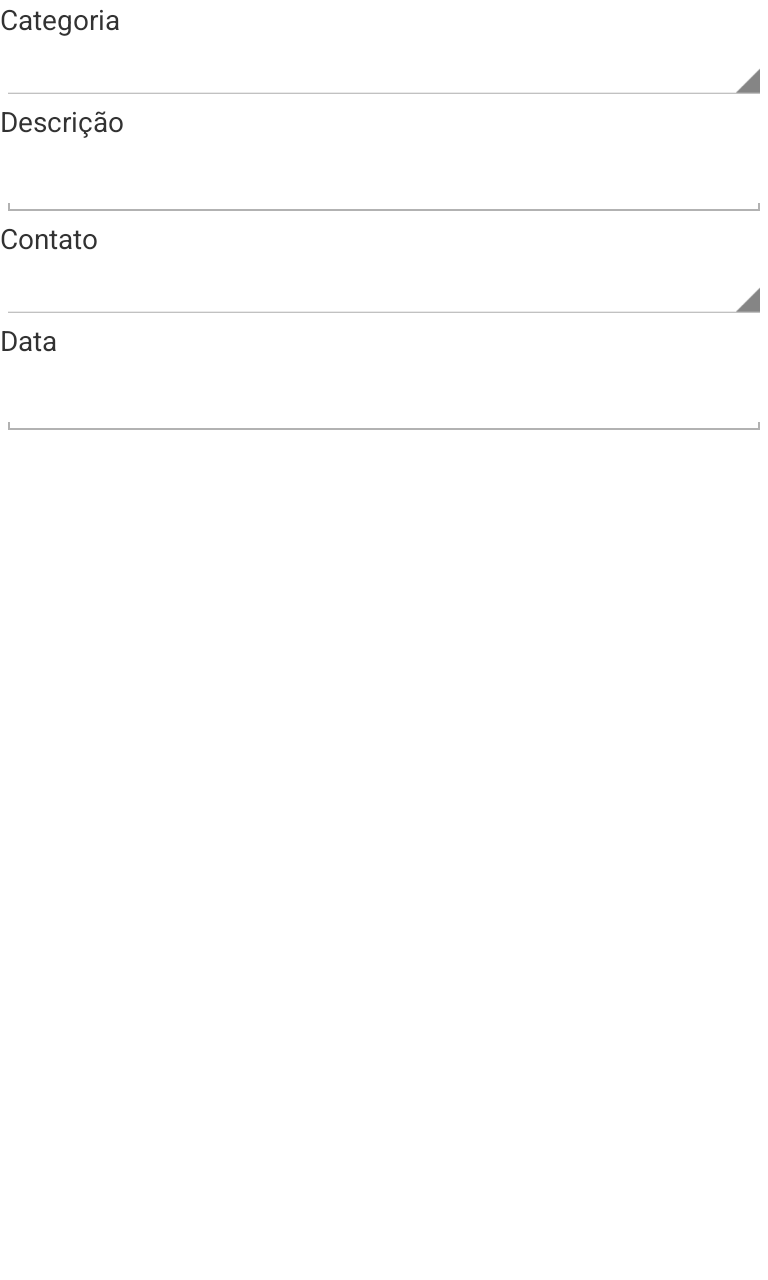
Repository: felipemfp/android-workspace
Layout: Aula06/res/layout/activity_novo_emprestimo.xml
The author's editor kept a copy of each file at every save. The layout is drawn from the files as they stood at one save, then again after the next save.
It is drawn on a 768 x 1280 px phone screen (xhdpi) without system bars, with theme AppTheme; the app's code is not run.

Above is the layout before, as saved 2015-12-17 02:15:45.

### Aula06/res/layout/activity_novo_emprestimo.xml
<?xml version="1.0" encoding="utf-8"?>
<LinearLayout xmlns:android="http://schemas.android.com/apk/res/android"
    android:layout_width="match_parent"
    android:layout_height="match_parent"
    android:orientation="vertical" >

    <TextView
        android:layout_width="match_parent"
        android:layout_height="wrap_content"
        android:text="@string/categoria" />

    <Spinner
        android:id="@+id/ne_catg"
        android:layout_width="match_parent"
        android:layout_height="wrap_content" />

    <TextView
        android:layout_width="match_parent"
        android:layout_height="wrap_content"
        android:text="@string/descricao" />

    <EditText
        android:id="@+id/ne_desc"
        android:layout_width="match_parent"
        android:layout_height="wrap_content"
        android:inputType="text" />

    <TextView
        android:layout_width="match_parent"
        android:layout_height="wrap_content"
        android:text="@string/contato" />

    <Spinner
        android:id="@+id/ne_nome"
        android:layout_width="match_parent"
        android:layout_height="wrap_content" />

    <TextView
        android:layout_width="match_parent"
        android:layout_height="wrap_content"
        android:text="@string/data" />

    <EditText
        android:id="@+id/ne_data"
        android:layout_width="match_parent"
        android:layout_height="wrap_content"
        android:inputType="text" />

    <LinearLayout>
        <Button
	        android:layout_width="wrap_content"
	        android:layout_height="wrap_content"
            android:text="@string/ok"
            android:onClick="btnOkClick" />

        <Button
	        android:layout_width="wrap_content"
	        android:layout_height="wrap_content"
            android:text="@string/cancelar"
            android:onClick="btnCancelClick" />
    </LinearLayout>

</LinearLayout>

### Aula06/res/values/strings.xml
<?xml version="1.0" encoding="utf-8"?>
<resources>

    <string name="app_name">Controle de Empréstimo</string>
    <string name="action_settings">Settings</string>
    <string name="novo">Novo</string>
    <string name="categoria">Categoria</string>
    <string name="contato">Contato</string>
    <string name="data">Data</string>
    <string name="descricao">Descrição</string>
    <string name="cancelar">Cancelar</string>
    <string name="inserir">Inserir</string>
    <string name="infoDescricao">Descrição não informada!</string>
    <string name="infoContato">Contato não informado!</string>
    <string name="infoData">Data não informada!</string>
    <string name="ok">OK</string>

    <string-array name="listaCategoria">
        <item>BD</item>
        <item>CD</item>
        <item>DVD</item>
        <item>Livro</item>
    </string-array>

</resources>

Loaded but not shown: Aula06/res/values/styles.xml (common file); Aula06/res/values-v11/styles.xml (common file); Aula06/res/values-v14/styles.xml (common file)

After the next save:
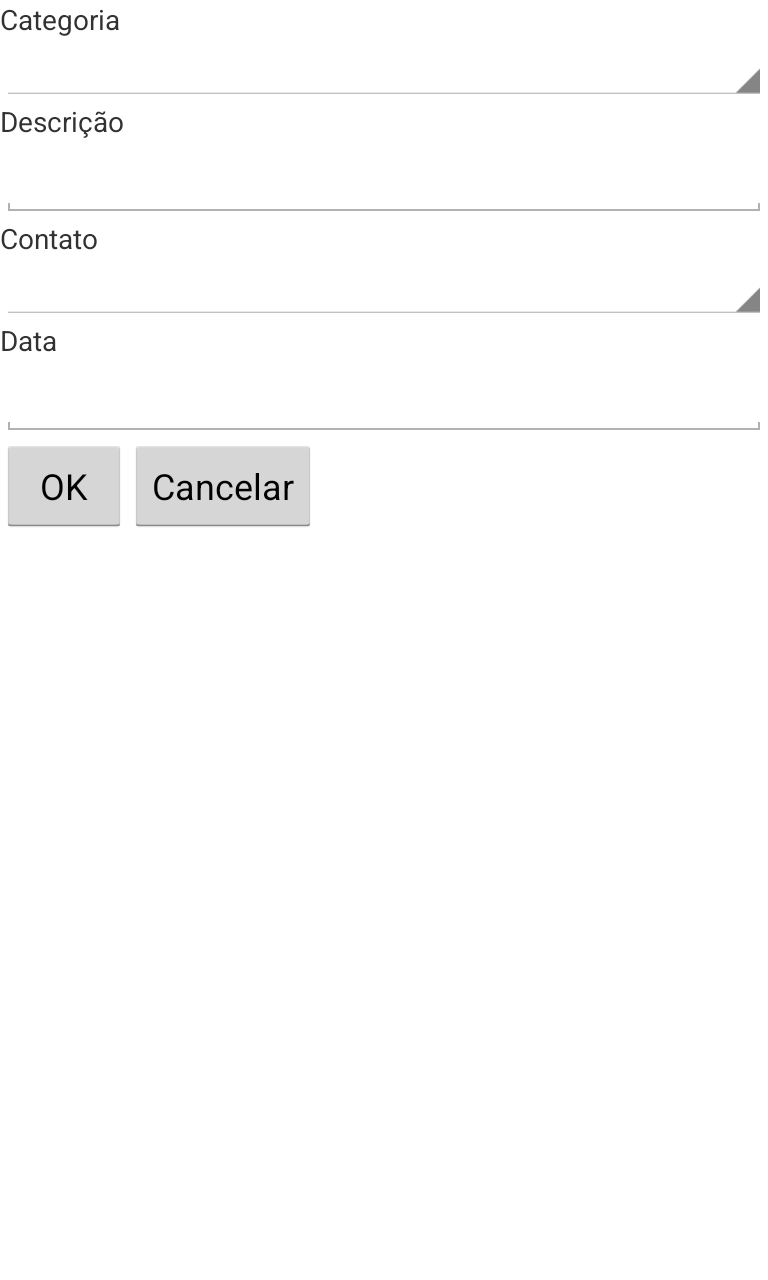
Saved 7 s later.
--- a/Aula06/res/layout/activity_novo_emprestimo.xml
+++ b/Aula06/res/layout/activity_novo_emprestimo.xml
@@ -46,7 +46,9 @@
         android:layout_height="wrap_content"
         android:inputType="text" />
 
-    <LinearLayout>
+    <LinearLayout
+	        android:layout_width="wrap_content"
+	        android:layout_height="wrap_content">
         <Button
 	        android:layout_width="wrap_content"
 	        android:layout_height="wrap_content"
